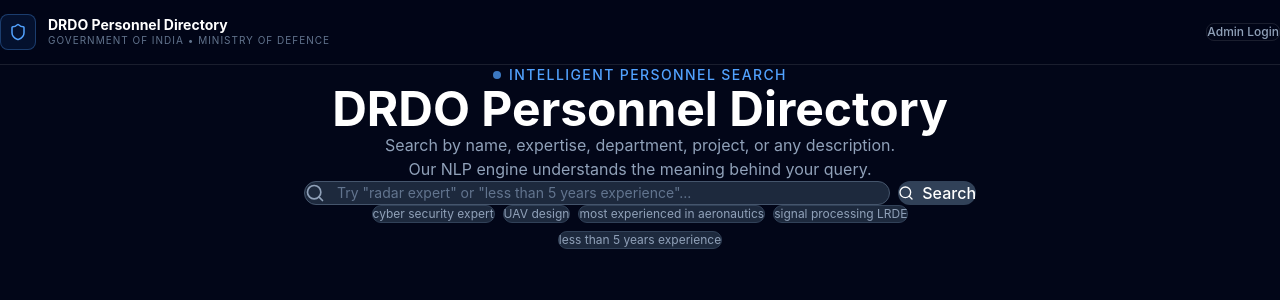
Repository: Mandeepigdtuw/DRDO-Directory
Page: / (app in frontend/)
An editor plug-in stored every save of this project. The page is shown before and after the next save, followed by the edit.
The browser window is 1280 px wide. The pictures show the whole page.
The project was rebuilt for these pictures with package versions that can differ from the ones it lists, and the page was loaded fresh each time. Also part of the build but not shown: frontend/vite.config.js, frontend/src/components/PersonnelCard.jsx, frontend/src/components/ProfileModal.jsx, frontend/src/pages/AdminLogin.jsx, frontend/src/components/AdminLayout.jsx, frontend/src/pages/AdminDashboard.jsx, frontend/src/pages/ManagePersonnel.jsx, frontend/src/pages/AddPersonnel.jsx and 3 more.

Above is the page before, as saved 2026-07-20 00:10:12.

### frontend/src/index.css
@import "tailwindcss";
@tailwind base;
@tailwind components;
@tailwind utilities;

* {
  margin: 0;
  padding: 0;
  box-sizing: border-box;
}

body {
  font-family: 'Inter', sans-serif;
  background-color: #0f172a;
  color: #e2e8f0;
}

### frontend/src/App.jsx
// src/App.jsx
import { BrowserRouter, Routes, Route, Navigate } from 'react-router-dom'
import SearchPage from './pages/SearchPage'
import AdminLogin from './pages/AdminLogin'
import AdminDashboard from './pages/AdminDashboard'
import ManagePersonnel from './pages/ManagePersonnel'
import AddPersonnel from './pages/AddPersonnel'
import EditPersonnel from './pages/EditPersonnel'
import AnalyticsDashboard from './pages/AnalyticsDashboard'
import ProtectedRoute from './components/ProtectedRoute'

export default function App() {
  return (
    <BrowserRouter>
      <Routes>
        {/* User Side - Public */}
        <Route path="/" element={<SearchPage />} />

        {/* Admin Login - Public */}
        <Route path="/admin/login" element={<AdminLogin />} />

        {/* Admin Side - Protected (need JWT token) */}
        <Route path="/admin" element={<ProtectedRoute />}>
          <Route path="dashboard" element={<AdminDashboard />} />
          <Route path="personnel" element={<ManagePersonnel />} />
          <Route path="personnel/add" element={<AddPersonnel />} />
          <Route path="personnel/edit/:employee_id" element={<EditPersonnel />} />
          <Route path="analytics" element={<AnalyticsDashboard />} />
        </Route>

        {/* Catch all unknown URLs → redirect to home */}
        <Route path="*" element={<Navigate to="/" />} />
      </Routes>
    </BrowserRouter>
  )
}

### frontend/src/pages/SearchPage.jsx
// src/pages/SearchPage.jsx
import { useState } from 'react'
import { Search, Loader2 } from 'lucide-react'
import Navbar from '../components/Navbar'
import PersonnelCard from '../components/PersonnelCard'
import ProfileModal from '../components/ProfileModal'
import { searchPersonnel, getAllPersonnelPublic } from '../services/api'

export default function SearchPage() {
  const [query, setQuery] = useState('')
  const [results, setResults] = useState([])
  const [loading, setLoading] = useState(false)
  const [searched, setSearched] = useState(false)
  const [selectedPerson, setSelectedPerson] = useState(null)
  const [error, setError] = useState('')

  const isExperienceQuery = (q) => {
    const lower = q.toLowerCase()
    return (
      lower.includes('maximum experience') ||
      lower.includes('most experience') ||
      lower.includes('most experienced') ||
      lower.includes('maximum years') ||
      lower.includes('highest experience') ||
      lower.includes('senior most') ||
      lower.includes('most senior') ||
      lower.includes('experienced scientist') ||
      lower.includes('experienced engineer')
    )
  }

  const isMinExperienceQuery = (q) => {
    const lower = q.toLowerCase()
    return (
      lower.includes('less than') ||
      lower.includes('fewer than') ||
      lower.includes('under') ||
      lower.includes('below') ||
      lower.includes('least experience') ||
      lower.includes('minimum experience') ||
      lower.includes('least experienced') ||
      lower.includes('junior') ||
      lower.includes('entry level') ||
      lower.includes('fresher') ||
      lower.includes('newest') ||
      lower.includes('youngest')
    )
  }

  const extractNumber = (q) => {
    const match = q.match(/\d+/)
    return match ? parseInt(match[0]) : null
  }

  const hasDomainContext = (q) => {
    const experienceWords = [
      'most', 'maximum', 'highest', 'senior', 'experienced',
      'scientist', 'engineer', 'in', 'the', 'field', 'of', 'with'
    ]
    const words = q.toLowerCase().split(' ')
    const domainWords = words.filter(w => w.length > 2 && !experienceWords.includes(w))
    return domainWords.length > 0
  }

  const handleSearch = async () => {
    if (!query.trim()) return
    setLoading(true)
    setError('')
    setSearched(false)

    try {
      let data = []

      if (isMinExperienceQuery(query)) {
        // LEAST / JUNIOR experience query
        const response = await getAllPersonnelPublic()
        let all = [...response.data.results]

        const num = extractNumber(query)
        if (num !== null) {
          all = all.filter(p => p.years_of_experience < num)
        }

        data = all
          .sort((a, b) => a.years_of_experience - b.years_of_experience)
          .map((p, i) => ({
            ...p,
            relevance_score: Math.max(0.99 - i * 0.01, 0.1)
          }))

      } else if (isExperienceQuery(query) && hasDomainContext(query)) {
        // MOST EXPERIENCED in specific domain
        const response = await searchPersonnel(query + '&top_k=30')
        data = [...response.data.results]
          .sort((a, b) => b.years_of_experience - a.years_of_experience)
          .slice(0, 10)
          .map((p, i) => ({
            ...p,
            relevance_score: Math.max(0.99 - i * 0.02, 0.1)
          }))

      } else if (isExperienceQuery(query)) {
        // MOST EXPERIENCED overall
        const response = await getAllPersonnelPublic()
        data = [...response.data.results]
          .sort((a, b) => b.years_of_experience - a.years_of_experience)
          .map((p, i) => ({
            ...p,
            relevance_score: Math.max(0.99 - i * 0.01, 0.1)
          }))

      } else {
        // NORMAL SEMANTIC SEARCH
        const response = await searchPersonnel(query)
        data = response.data.results
      }

      setResults(data)
      setSearched(true)
    } catch (err) {
      setError('Search failed. Please make sure the backend server is running.')
    } finally {
      setLoading(false)
    }
  }

  const handleKeyDown = (e) => {
    if (e.key === 'Enter') handleSearch()
  }

  return (
    <div className="min-h-screen bg-slate-950">
      <Navbar isAdmin={false} />

      <div className="flex flex-col items-center px-4 py-16">
        <div className="mb-3 flex items-center gap-2">
          <div className="w-2 h-2 rounded-full bg-blue-400 animate-pulse" />
          <span className="text-blue-400 text-sm font-medium tracking-widest uppercase">
            Intelligent Personnel Search
          </span>
        </div>

        <h1 className="text-4xl md:text-5xl font-bold text-white text-center mb-3">
          DRDO Personnel Directory
        </h1>
        <p className="text-slate-400 text-center mb-10 max-w-lg text-sm md:text-base">
          Search by name, expertise, department, project, or any description.
          Our NLP engine understands the meaning behind your query.
        </p>

        <div className="w-full max-w-2xl flex gap-2">
          <div className="flex-1 flex items-center bg-slate-800 border border-slate-600 rounded-xl px-4 gap-3 focus-within:border-blue-500 transition-colors">
            <Search className="text-slate-400 shrink-0" size={20} />
            <input
              type="text"
              value={query}
              onChange={(e) => setQuery(e.target.value)}
              onKeyDown={handleKeyDown}
              placeholder='Try "radar expert" or "less than 5 years experience"...'
              className="flex-1 bg-transparent text-white py-4 outline-none placeholder-slate-500 text-sm"
            />
            {query && (
              <button
                onClick={() => { setQuery(''); setResults([]); setSearched(false) }}
                className="text-slate-500 hover:text-white transition-colors text-xl leading-none"
              >
                ×
              </button>
            )}
          </div>
          <button
            onClick={handleSearch}
            disabled={loading || !query.trim()}
            className="bg-blue-600 hover:bg-blue-500 disabled:bg-slate-700 disabled:cursor-not-allowed text-white px-6 rounded-xl font-medium transition-colors flex items-center gap-2 whitespace-nowrap"
          >
            {loading
              ? <Loader2 size={18} className="animate-spin" />
              : <Search size={16} />}
            {loading ? 'Searching...' : 'Search'}
          </button>
        </div>

        <div className="flex flex-wrap gap-2 mt-4 justify-center max-w-2xl">
          {[
            'cyber security expert',
            'UAV design',
            'most experienced in aeronautics',
            'signal processing LRDE',
            'less than 5 years experience',
          ].map((hint) => (
            <button
              key={hint}
              onClick={() => setQuery(hint)}
              className="text-xs text-slate-400 hover:text-blue-400 bg-slate-800 hover:bg-slate-700 px-3 py-1.5 rounded-full border border-slate-700 transition-colors"
            >
              {hint}
            </button>
          ))}
        </div>
      </div>

      <div className="flex flex-col items-center px-4 pb-16">
        <div className="w-full max-w-5xl">
          {error && (
            <div className="text-red-400 bg-red-400/10 border border-red-400/20 rounded-xl p-4 text-center mb-6 text-sm">
              {error}
            </div>
          )}

          {searched && (
            <p className="text-slate-400 text-sm mb-5 text-center">
              {results.length > 0
                ? `${results.length} results for "${query}" — ranked by relevance`
                : `No results found for "${query}"`}
            </p>
          )}

          {results.length > 0 && (
            <div className="grid grid-cols-1 md:grid-cols-2 gap-4">
              {results.map((person, index) => (
                <PersonnelCard
                  key={person.employee_id}
                  person={person}
                  rank={index + 1}
                  onClick={() => setSelectedPerson(person)}
                />
              ))}
            </div>
          )}

          {searched && results.length === 0 && (
            <div className="text-center py-16 text-slate-500">
              <Search size={48} className="mx-auto mb-4 opacity-30" />
              <p className="text-lg">No personnel found matching your query.</p>
              <p className="text-sm mt-2">Try different keywords or a broader search.</p>
            </div>
          )}
        </div>
      </div>

      {selectedPerson && (
        <ProfileModal
          person={selectedPerson}
          onClose={() => setSelectedPerson(null)}
        />
      )}
    </div>
  )
}

### frontend/src/components/Navbar.jsx
// src/components/Navbar.jsx
import { Link, useNavigate, useLocation } from 'react-router-dom'
import { Shield, LogOut, Users, BarChart2, Plus, Search } from 'lucide-react'

export default function Navbar({ isAdmin = false }) {
  const navigate = useNavigate()
  const location = useLocation()

  const handleLogout = () => {
    localStorage.removeItem('admin_token')
    navigate('/admin/login')
  }

  const isActive = (path) =>
    location.pathname === path ||
    location.pathname.startsWith(path + '/')

  if (!isAdmin) {
    return (
      <nav className="w-full border-b border-white/10 bg-slate-950/90 backdrop-blur-xl">
        <div className="flex h-16 w-full items-center justify-between px-6 sm:px-10 lg:px-16">
          <div className="flex items-center gap-3">
            <div className="flex h-9 w-9 items-center justify-center rounded-lg border border-blue-400/30 bg-blue-500/10">
              <Shield size={18} className="text-blue-400" />
            </div>
            <div>
              <p className="text-sm font-bold text-white leading-tight">
                DRDO Personnel Directory
              </p>
              <p className="text-[10px] uppercase tracking-widest text-slate-500">
                Government of India • Ministry of Defence
              </p>
            </div>
          </div>
          <Link
            to="/admin/login"
            className="text-xs font-medium text-slate-400 hover:text-blue-400 transition border border-white/10 hover:border-blue-400/30 px-4 py-2 rounded-lg"
          >
            Admin Login
          </Link>
        </div>
      </nav>
    )
  }

  const navLinks = [
    { to: '/admin/dashboard', label: 'Dashboard', icon: Shield },
    { to: '/admin/personnel', label: 'Personnel', icon: Users },
    { to: '/admin/personnel/add', label: 'Add', icon: Plus },
    { to: '/admin/analytics', label: 'Analytics', icon: BarChart2 },
  ]

  return (
    <nav className="w-full border-b border-white/10 bg-slate-950/90 backdrop-blur-xl">
      <div className="flex h-16 w-full items-center justify-between px-6 sm:px-10 lg:px-16">

        {/* Left — Branding */}
        <div className="flex items-center gap-3 shrink-0">
          <div className="flex h-9 w-9 items-center justify-center rounded-lg border border-blue-400/30 bg-blue-500/10">
            <Shield size={18} className="text-blue-400" />
          </div>
          <div className="hidden sm:block">
            <p className="text-sm font-bold text-white leading-tight">DRDO Admin</p>
            <p className="text-[10px] uppercase tracking-widest text-slate-500">
              Personnel Directory
            </p>
          </div>
        </div>

        {/* Center — Nav Links */}
        <div className="flex items-center gap-1">
          <Link
            to="/"
            className="flex items-center gap-2 px-3 py-2 rounded-lg text-xs font-medium text-slate-400 hover:text-white hover:bg-white/5 transition"
          >
            <Search size={14} />
            <span className="hidden sm:block">Search</span>
          </Link>

          {navLinks.map((link) => {
            const active = isActive(link.to)
            return (
              <Link
                key={link.to}
                to={link.to}
                className={
                  'flex items-center gap-2 px-3 py-2 rounded-lg text-xs font-medium transition ' +
                  (active
                    ? 'bg-blue-500/15 text-blue-400 border border-blue-400/20'
                    : 'text-slate-400 hover:text-white hover:bg-white/5')
                }
              >
                <link.icon size={14} />
                <span className="hidden sm:block">{link.label}</span>
              </Link>
            )
          })}
        </div>

        {/* Right — Logout */}
        <button
          onClick={handleLogout}
          className="flex items-center gap-2 px-3 py-2 rounded-lg text-xs font-medium text-slate-400 hover:text-red-400 hover:bg-red-400/5 border border-transparent hover:border-red-400/20 transition shrink-0"
        >
          <LogOut size={14} />
          <span className="hidden sm:block">Logout</span>
        </button>

      </div>
    </nav>
  )
}

### frontend/src/services/api.js
// src/services/api.js
import axios from 'axios'

const BASE_URL = 'http://localhost:8000'

// Create axios instance pointing to our backend
const api = axios.create({
  baseURL: BASE_URL,
})

// Automatically attach JWT token to every request if it exists
api.interceptors.request.use((config) => {
  const token = localStorage.getItem('admin_token')
  if (token) {
    config.headers.Authorization = `Bearer ${token}`
  }
  return config
})

// ─── AUTH ────────────────────────────────────────
export const loginAdmin = (username, password) =>
  api.post('/auth/login', { username, password })

// ─── SEARCH ──────────────────────────────────────
export const searchPersonnel = (query) =>
  api.get(`/search/?q=${encodeURIComponent(query)}`)


// ─── ADMIN PERSONNEL ─────────────────────────────
export const getAllPersonnel = () =>
  api.get('/admin/personnel')

export const getPersonById = (employee_id) =>
  api.get(`/admin/personnel/${employee_id}`)

export const addPersonnel = (data) =>
  api.post('/admin/personnel', data)

export const updatePersonnel = (employee_id, data) =>
  api.put(`/admin/personnel/${employee_id}`, data)

export const deletePersonnel = (employee_id) =>
  api.delete(`/admin/personnel/${employee_id}`)

// ─── ANALYTICS ───────────────────────────────────
export const getAnalyticsSummary = () =>
  api.get('/admin/analytics/summary')

export const getTopSearches = () =>
  api.get('/admin/analytics/top-searches')

export const getSearchTrends = () =>
  api.get('/admin/analytics/trends')

export const getDepartmentStats = () =>
  api.get('/admin/analytics/department-stats')

export const getZeroResults = () =>
  api.get('/admin/analytics/zero-results')

// Add this to the bottom of src/services/api.js
export const getAllPersonnelPublic = () =>
  api.get('/search/all')

Loaded but not shown: frontend/src/main.jsx (common file)

After the next save:
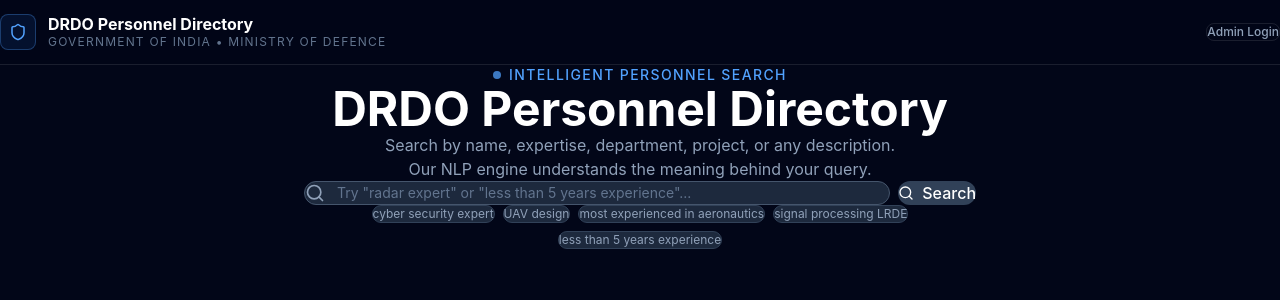
Saved 7 min 51 s later.
--- a/frontend/src/components/Navbar.jsx
+++ b/frontend/src/components/Navbar.jsx
@@ -24,10 +24,10 @@
               <Shield size={18} className="text-blue-400" />
             </div>
             <div>
-              <p className="text-sm font-bold text-white leading-tight">
+              <p className="text-base font-bold text-white leading-tight">
                 DRDO Personnel Directory
               </p>
-              <p className="text-[10px] uppercase tracking-widest text-slate-500">
+              <p className="text-xs uppercase tracking-widest text-slate-500">
                 Government of India • Ministry of Defence
               </p>
             </div>
